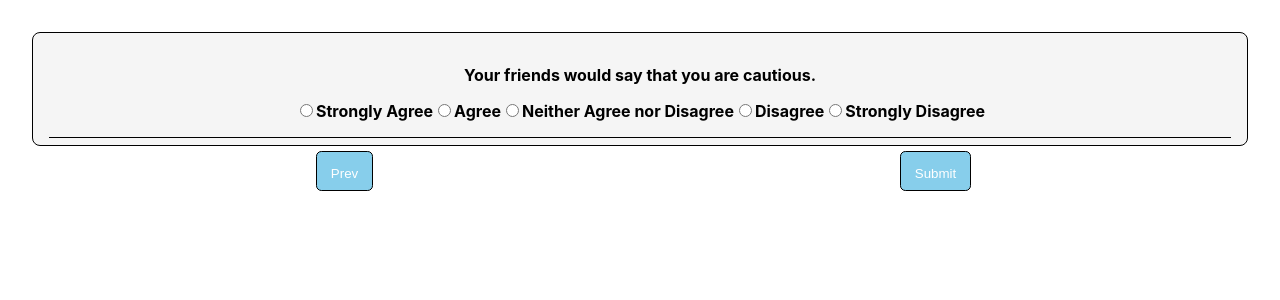
Repository: TheRungtaLibrary/survey
Page: /steps/3
The author's editor kept a copy of each file at every save. The page is drawn from the files as they stood at one save, then again after the next save.
The browser window is 1280 px wide. The pictures show the whole page.
The project was rebuilt for these pictures with package versions that can differ from the ones it lists, and the page was loaded fresh each time. Also part of the build but not shown: src/App.css, src/components/Steps/Intro/Intro.js, src/components/Steps/Step1/Step1.js, src/components/Steps/Step2/Step2.js, src/components/Steps/Step4/Step4.js, src/components/Steps/Summary/Summary.scss, src/components/Steps/Summary/Summary.js.

Above is the page before, as saved 2020-06-15 10:30:23.

### src/App.js
import React from 'react';
import {
  BrowserRouter as Router,
  Switch,
  Route
} from "react-router-dom";
import "./App.css";
import {SurveyProvider} from "./contexts/SurveyContext";
import Steps from "./components/Steps/Steps";


function App() {
  return (
    <div className="app">
      <Router>
        <Switch>
          <Route path="/">
            <SurveyProvider>
              <Steps />
            </SurveyProvider>
          </Route>
        </Switch>
      </Router>
    </div>
  );

}

export default App;

### src/contexts/SurveyContext.js
import React from "react";
const SurveyContext = React.createContext(null);
export const SurveyConsumer = SurveyContext.Consumer;

/**
 * Survey Context
 * @constructor
 */
export function SurveyProvider({children}) {
    const [info, setInfo] = React.useState([]);
    let [currentStep, setCurrentStep] = React.useState(-1);

    const setSurveyData = ([key,value])  => {
        const objIndex = info.findIndex(obj => {
            return obj[key] !== undefined;
        })

        if(objIndex > -1) {
            const updatedObj = { ...info[objIndex], [key]: value};
            setInfo([ ...info.slice(0, objIndex),updatedObj,...info.slice(objIndex + 1)]);
        }
        else {
            setInfo([...info, {[key]: value}]);
        }

        setCurrentStep(++currentStep);
    }

    const getSurveyData = () => {
        return info;
    };

    const decreaseSurveyStep = ()  => {
        setCurrentStep(--currentStep);
    }

    const increaseSurveyStep = () => {
        setCurrentStep(++currentStep);
    };

    const getCurrentStep = () => {
        return currentStep;
    };

    const resetCurrentStep = () => {
        setCurrentStep(-1);
        setInfo([]);
    };

    const getRiskLevels = async () => {
        let url = new URL('http://localhost:2000/risklevels');

        const response = await fetch(url);
        const jsonData = await response.json();

        return jsonData;
      }

    const surveyContextValue = {
        getSurveyData,
        setSurveyData,
        increaseSurveyStep,
        decreaseSurveyStep,
        getCurrentStep,
        currentStep,
        resetCurrentStep,
        getRiskLevels
    }

    return (
        <SurveyContext.Provider value={surveyContextValue}>
			{children}
		</SurveyContext.Provider>
    );
}

export default SurveyContext;

### src/components/Steps/Steps.js
import React from 'react';
import {BrowserRouter as Router, Route, Switch} from 'react-router-dom';
import Intro from './Intro/Intro';
import Step1 from './Step1/Step1';
import Step2 from './Step2/Step2';
import Step3 from './Step3/Step3';
import Step4 from './Step4/Step4';
import Summary from './Summary/Summary';

/**
* This is the functional component for Home
* @constructor
*/
function Steps(){

	return (
		<Router>
			<div>
                <Switch>
                    <Route exact path='/' component={Intro} />
                    <Route exact path='/intro' component={Intro} />
                    <Route exact path='/steps/1' component={Step1} />
                    <Route exact path="/steps/2" component={Step2} />
                    <Route exact path="/steps/3" component={Step3} />
                    <Route exact path="/steps/4" component={Step4} />
                    <Route exact path="/steps/5" component={Summary} />
                </Switch>
			</div>
		</Router>
	);
}

export default Steps;

### src/components/Steps/Step3/Step3.js
import React from 'react';
import {useHistory} from 'react-router-dom';
import './Step3.scss';
import SurveyContext from '../../../contexts/SurveyContext';

/**
 * Step3 component
 */
const Step3 = () => {
  const [q3, setQ3] = React.useState();
  const surveyContext = React.useContext(SurveyContext);
  const history = useHistory();

  /**
   * Handler for form submit event
   */
  const onSubmit = () => {
    /**
     * Pass Url to aync data loader in context provider
     */
    surveyContext.setSurveyData(['Q3', q3]);
    history.push("/steps/4");
  }

  /**
   * Click Handler for Prev button
   */
  const onPrev = () => {
    surveyContext.decreaseSurveyStep();
    history.push("/steps/2");
  }

  /**
   * onChange Handler for input field
   * @param {Event} event
   */
  const handleOptionChange = (event) => {
    setQ3(event.target.value);
  }

    return (
      <form onSubmit={onSubmit} className="input-container panel">
        <p>
          <label>Your friends would say that you are cautious.</label></p>
        <div>
          <input
            type="radio"
            name="q3"
            value="-2"
            onChange={handleOptionChange}
          />
          <label htmlFor="contactChoice1">Strongly Agree</label>

          <input
            type="radio"
            name="q3"
            value="-1"
            onChange={handleOptionChange}
            />
          <label htmlFor="contactChoice2">Agree</label>

          <input
            type="radio"
            name="q3"
            value="0"
            onChange={handleOptionChange}
            />
          <label htmlFor="contactChoice3">Neither Agree nor Disagree</label>

          <input
            type="radio"
            name="q3"
            value="1"
            onChange={handleOptionChange}
            />
          <label htmlFor="contactChoice3">Disagree</label>

          <input
            type="radio"
            name="q3"
            value="2"
            onChange={handleOptionChange}
            />
          <label>Strongly Disagree</label>
        </div>
        <div className="nav-footer">
          <div>
            <button onClick={onPrev}>Prev</button>
          </div>
          <div>
            <button type="submit" disabled={q3===""}>Submit</button>
          </div>
        </div>
      </form>
    );
}

export default Step3;

### src/components/Steps/Intro/Intro.scss
.panel {
    background-color: hsl(0, 0%, 95%);
    border-radius: .5rem;
    border: solid 1px black;
    padding: 2rem;
    margin: 2rem;
    background: #f5f5f5;
    font-weight: bold;
    align-items: center;
  }

.input-container{
    flex-grow:1;
    padding: 1rem;
    text-align: center;
    flex-direction: column;
    height: auto;
}

.input-container input{
    padding: .5rem .75rem;
    border: solid 1px black;
    border-radius: .15rem;
    text-align: center;
}

.nav-footer {
  width: 100%;
  display: flex;
  border-top: solid 1px black;
  margin-top: 1em;
  div {
    width: 50%;
  }
}

button {
  width: auto;
  height: 3em;
  padding: 1em;
  margin-top: 1em;
  color: white;
  background: skyblue;
  border: solid 1px #000;
  border-radius: 0.4em;
  box-shadow: none;
  &:hover {
    color: skyblue;
    background: white;
  }
}

ul {
  text-align: center;
  list-style: none;
  color: blue;
  & li {
    margin-top: 1em;
  }
}

@media screen and (max-width: 580px) and (min-width: 375px) {
    .input-container {
     display: flex;
     flex-flow: column nowrap;
     justify-content: space-around;
     align-items: center;
  }
}

### src/components/Steps/Step1/Step1.scss
.panel {
    background-color: hsl(0, 0%, 95%);
    border-radius: .5rem;
    height: 5rem;
    border: solid 1px black;
    padding: 2rem;
    margin: 2rem;
    background: #f5f5f5;
    font-weight: bold;
    align-items: center;
  }

.input-container{
  display: flex;
  flex-direction: column;
  text-align: center;
}

.input-container input{
    padding: .5rem .75rem;
    border: solid 1px black;
    border-radius: .15rem;
    text-align: center;
}

.nav-footer {
  width: 100%;
  display: flex;
  border-top: solid 1px black;
  div {
    width: 50%;
  }
}

@media screen and (max-width: 580px) and (min-width: 375px) {
    .calculator-widget {
     display: flex;
     flex-flow: column nowrap;
     justify-content: space-around;
     align-items: center;
  }

  .panel{
    height: 10rem;
  }
}

### src/components/Steps/Step2/Step2.scss
.calculator-widget{
    display: flex;
    flex-direction: row nowrap;
}

.panel {
    background-color: hsl(0, 0%, 95%);
    border-radius: .5rem;
    height: 5rem;
    border: solid 1px black;
    padding: 2rem;
    margin: 2rem;
    background: #f5f5f5;
    font-weight: bold;
    align-items: center;
  }

.input-container{
    flex-grow:1;
    padding: 1rem;
    text-align: center;
}

.input-container input{
    padding: .5rem .75rem;
    border: solid 1px black;
    border-radius: .15rem;
    text-align: center;
}

@media screen and (max-width: 580px) and (min-width: 375px) {
    .calculator-widget {
     display: flex;
     flex-flow: column nowrap;
     justify-content: space-around;
     align-items: center;
  }

  .panel{
    height: 10rem;
  }
}

### src/components/Steps/Step3/Step3.scss
.calculator-widget{
    display: flex;
    flex-direction: row nowrap;
}

.panel {
    background-color: hsl(0, 0%, 95%);
    border-radius: .5rem;
    height: 5rem;
    border: solid 1px black;
    padding: 2rem;
    margin: 2rem;
    background: #f5f5f5;
    font-weight: bold;
    align-items: center;
  }

.input-container{
    flex-grow:1;
    padding: 1rem;
    text-align: center;
}

.input-container input{
    padding: .5rem .75rem;
    border: solid 1px black;
    border-radius: .15rem;
    text-align: center;
}

@media screen and (max-width: 580px) and (min-width: 375px) {
    .calculator-widget {
     display: flex;
     flex-flow: column nowrap;
     justify-content: space-around;
     align-items: center;
  }

  .panel{
    height: 10rem;
  }
}

### src/components/Steps/Step4/Step4.scss
.calculator-widget{
    display: flex;
    flex-direction: row nowrap;
}

.panel {
    background-color: hsl(0, 0%, 95%);
    border-radius: .5rem;
    height: 5rem;
    border: solid 1px black;
    padding: 2rem;
    margin: 2rem;
    background: #f5f5f5;
    font-weight: bold;
    align-items: center;
  }

.input-container{
    flex-grow:1;
    padding: 1rem;
    text-align: center;
}

.input-container input{
    padding: .5rem .75rem;
    border: solid 1px black;
    border-radius: .15rem;
    text-align: center;
}

@media screen and (max-width: 580px) and (min-width: 375px) {
    .calculator-widget {
     display: flex;
     flex-flow: column nowrap;
     justify-content: space-around;
     align-items: center;
  }

  .panel{
    height: 10rem;
  }
}

Loaded but not shown: public/index.html (common file); src/index.js (common file); src/index.css (common file); src/serviceWorker.js (common file)

After the next save:
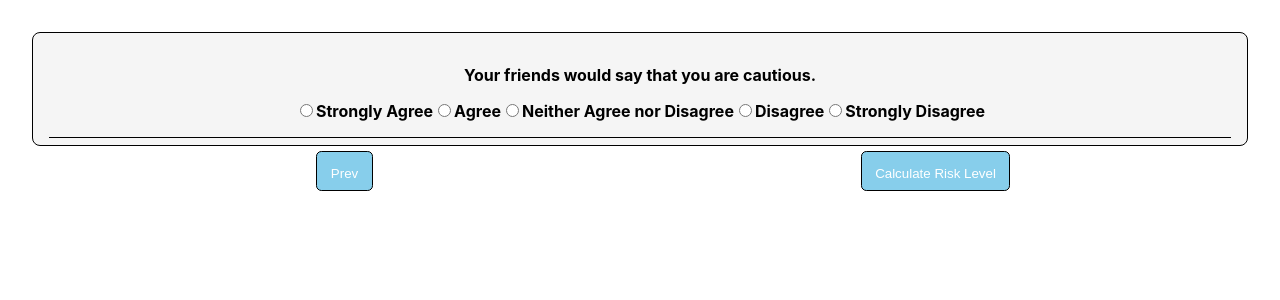
Saved 19 s later.
--- a/src/components/Steps/Step3/Step3.js
+++ b/src/components/Steps/Step3/Step3.js
@@ -88,7 +88,7 @@ const Step3 = () => {
             <button onClick={onPrev}>Prev</button>
           </div>
           <div>
-            <button type="submit" disabled={q3===""}>Submit</button>
+            <button type="submit" disabled={q3===""}>Calculate Risk Level</button>
           </div>
         </div>
       </form>
